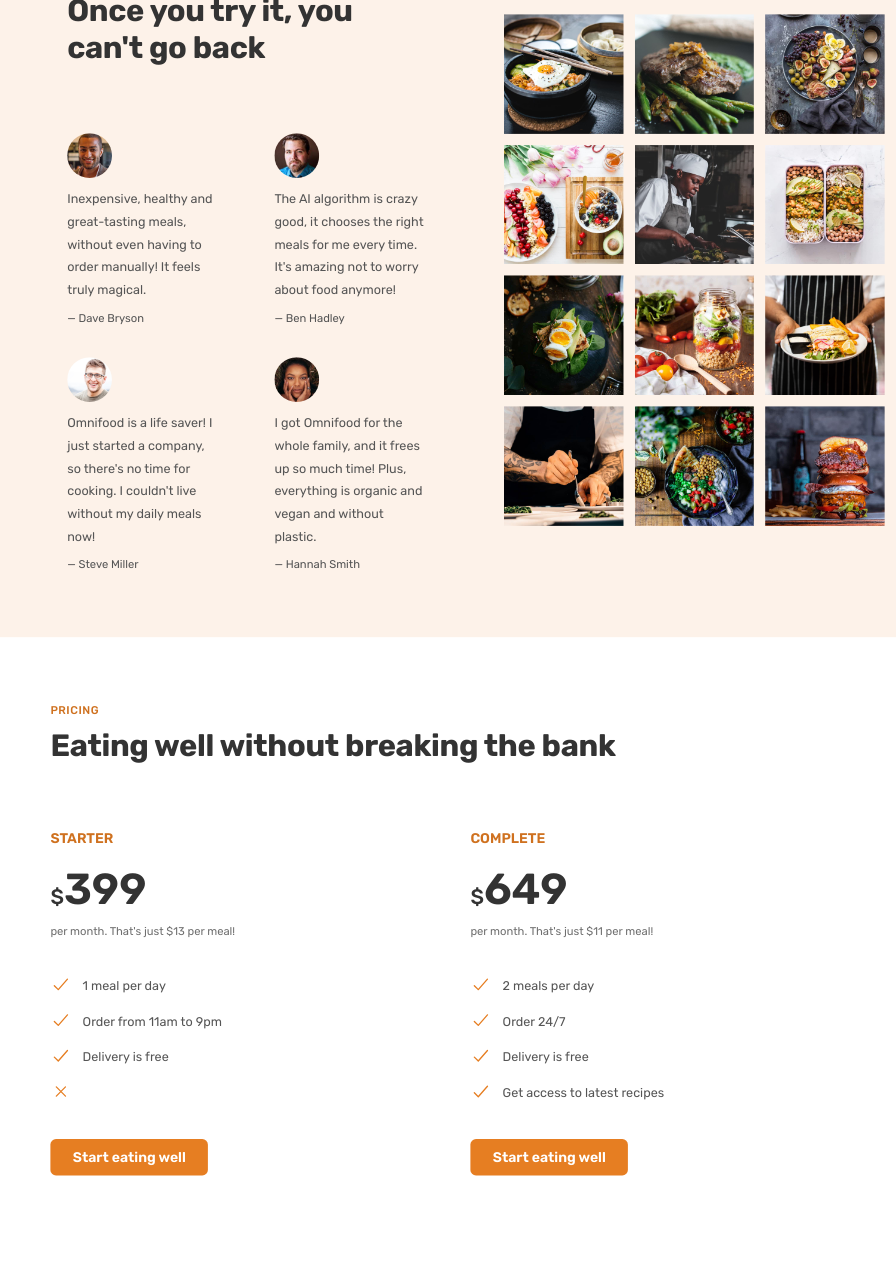
Repository: TranPhucThinh/Omnifood
Page: index.html
These files come from the project's save history. The page is drawn as it stood at one moment and after the next save; the edit follows.
The browser window is 1280 px wide. The pictures show the part of the page from y = 3735 to 5655 px (the page is 5559 px tall before and 5655 px after), at 70% of full size.

Above is the page before, as saved 2022-08-06 22:56:08.

After the next save:
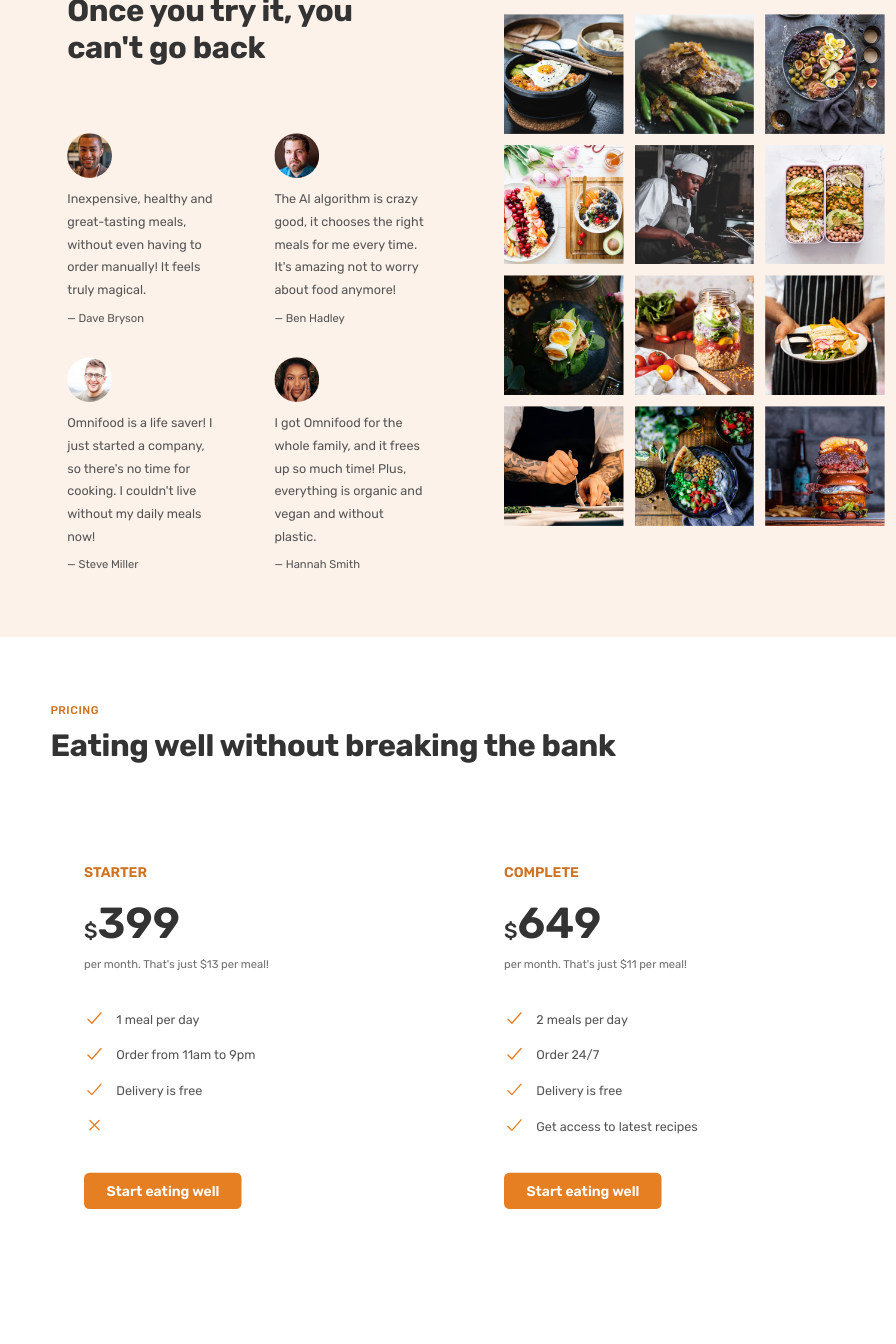
Saved 45 s later.
--- a/assets/styles/style.css
+++ b/assets/styles/style.css
@@ -359,6 +359,7 @@
 }
 
 .pricing-plan {
+  padding: 4.8rem;
 }
 
 .plan-name {
